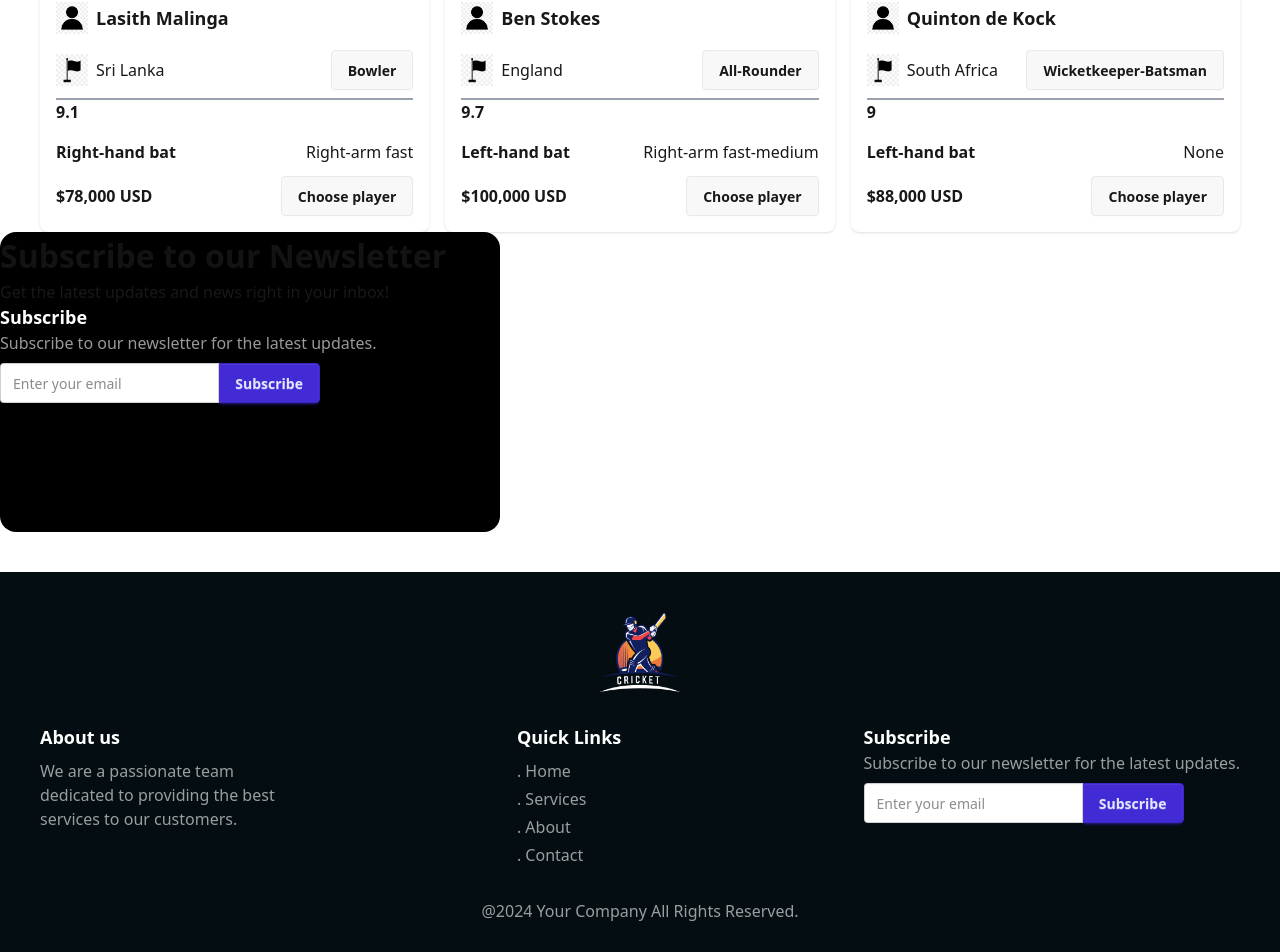
Repository: SanjidaSnigdha/Select-your-eleven
Page: /
These files come from the project's save history. The page is drawn as it stood at one moment and after the next save; the edit follows.
The browser window is 1280 px wide. The pictures show the part of the page from y = 2845 to 3797 px (the page is 3797 px tall before and 3697 px after).
The project was rebuilt for these pictures with package versions that can differ from the ones it lists, and the page was loaded fresh each time. Also part of the build but not shown: vite.config.js, src/App.css, src/components/SelectedCard/SelectedCard.jsx, src/components/SelectedPlayers/SelectedPlayers.jsx.

Above is the page before, as saved 2026-03-23 01:06:06.

After the next save:
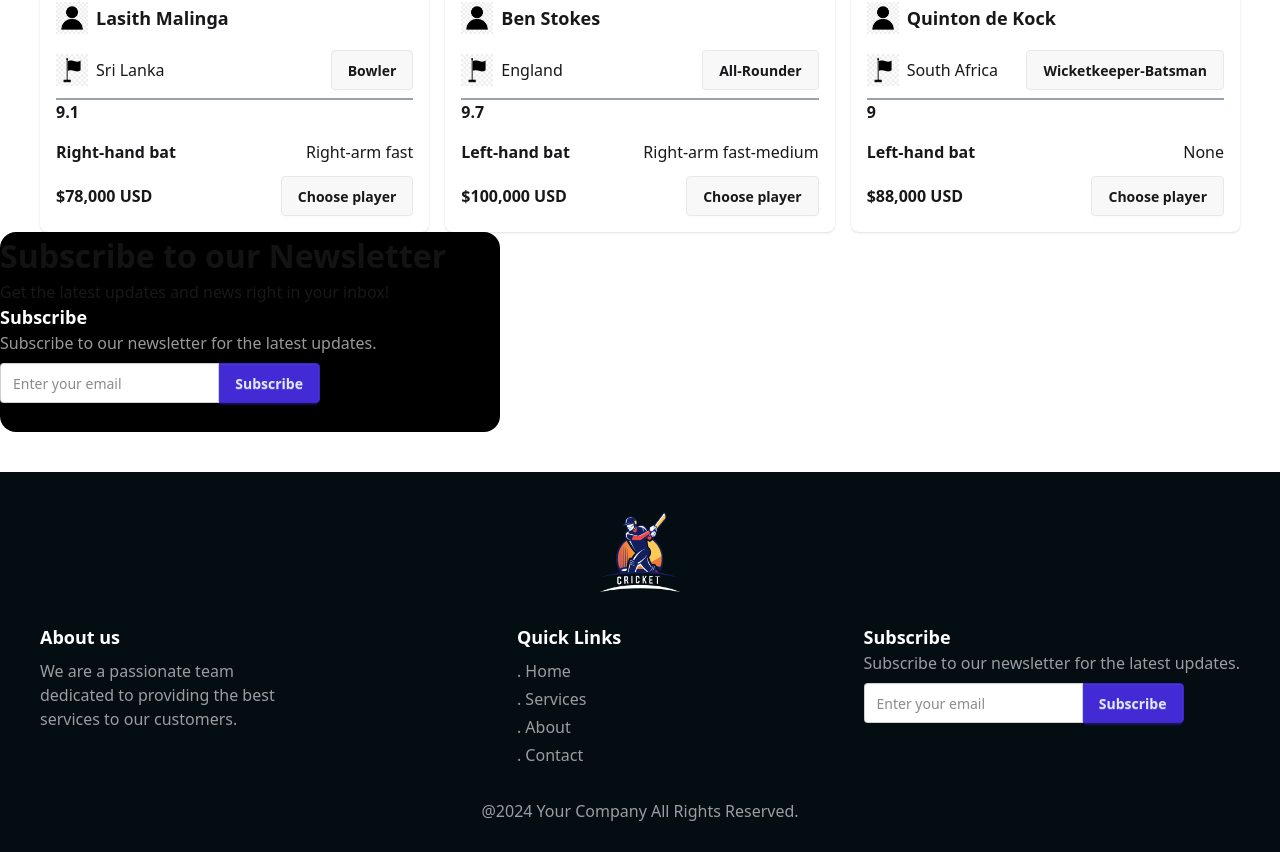
Saved 4 s later.
--- a/src/components/NewsLetter/NewsLetter.jsx
+++ b/src/components/NewsLetter/NewsLetter.jsx
@@ -2,7 +2,7 @@
 
 const NewsLetter = () => {
     return (
-        <div className='w-[500px] h-[300px] rounded-2xl bg-black'>
+        <div className='w-[500px] h-[200px] rounded-2xl bg-black'>
             <h1 className='font-bold text-[32px] text-[#131313]'>Subscribe to our Newsletter</h1>
             <p className='bg-[#131313]70'>Get the latest updates and news right in your inbox!</p>
              <form>
